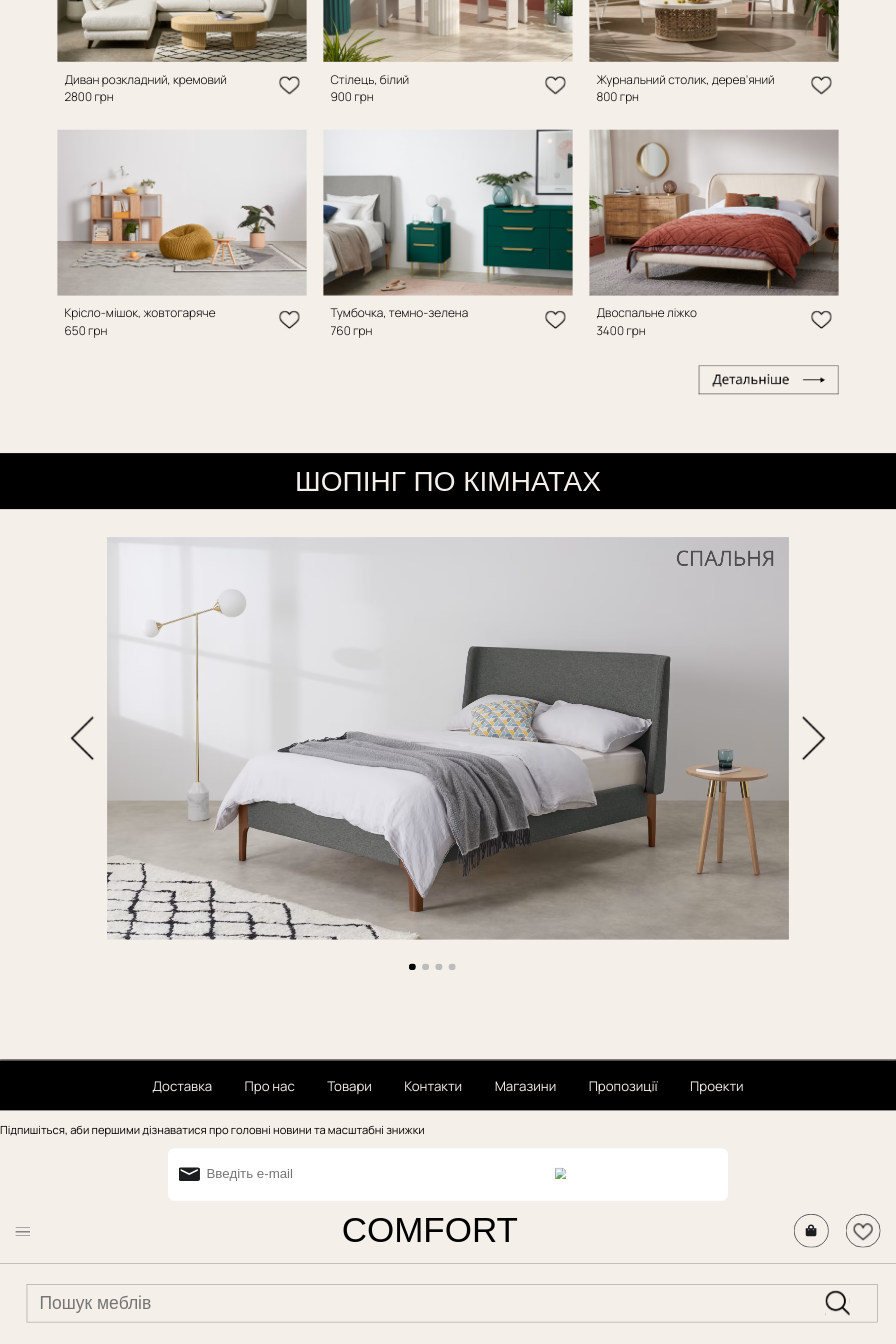
Repository: malykhinaIra/laravel
Page: http://localhost/Lend
These files come from the project's save history. The page is drawn as it stood at one moment and after the next save; the edit follows.
The browser window is 1280 px wide. The pictures show the part of the page from y = 1985 to 3905 px (the page is 3905 px tall before and 3701 px after), at 70% of full size.
Some web fonts or font styles are not loaded; a fallback is used. The page is served by the project's Laravel application, run on PHP 8.4 with Laravel 9. Other server files are loaded and not shown.

Above is the page before, as saved 2022-05-06 20:35:21.

### blog/routes/web.php
<?php

use Illuminate\Support\Facades\Route;

/*
|--------------------------------------------------------------------------
| Web Routes
|--------------------------------------------------------------------------
|
| Here is where you can register web routes for your application. These
| routes are loaded by the RouteServiceProvider within a group which
| contains the "web" middleware group. Now create something great!
|
*/

Route::get('/', 'App\Http\Controllers\MainController@forLend');

Route::get('/Lend', 'App\Http\Controllers\MainController@forLend');

Route::get('/Catalog', 'App\Http\Controllers\MainController@forCatalog');

Route::get('/Info', 'App\Http\Controllers\MainController@forInfo');

Route::get('/yourReview', 'App\Http\Controllers\MainController@review');

Route::post('/yourReview/check', 'App\Http\Controllers\MainController@check');

### blog/app/Http/Controllers/MainController.php
<?php

namespace App\Http\Controllers;

use Illuminate\Http\Request;

class MainController extends Controller {

    public function forLend() {
        return view('lend');
    }

    public function forCatalog() {
        return view('catalog');
    }

    public function forInfo() {
        return view('info');
    }

    public function review() {
        return view('yourReview');
    }

    public function check(Request $request) {
        $valid = $request->validate([
            'username' => 'required|min:5|max:50',
            'email' => 'required|min:5|max:50',
            'message' => 'required|min:15|max:500'
        ]);
        dd($request);
    }

}

### blog/resources/views/lend.blade.php
@extends('header')
<!DOCTYPE html>
<html lang="ua">

<head>
    <meta charset="UTF-8">
    <meta http-equiv="X-UA-Compatible" content="IE=edge">
    <meta name="viewport" content="width=device-width, initial-scale=1.0">
    <title>Comfort shop</title>
    <link rel="preconnect" href="https://fonts.googleapis.com">
    <link rel="preconnect" href="https://fonts.gstatic.com" crossorigin>
    <link rel="preconnect" href="https://fonts.googleapis.com">
    <link rel="preconnect" href="https://fonts.gstatic.com" crossorigin>
    <link href="https://fonts.googleapis.com/css2?family=Lexend&family=Manrope:wght@200;300;400;500;600&display=swap" rel="stylesheet">
    <link href="https://fonts.googleapis.com/css2?family=Lexend:wght@300&family=Manrope:wght@200;300;400;500;600&display=swap" rel="stylesheet">
    <link rel="preconnect" href="https://fonts.googleapis.com">
    <link rel="preconnect" href="https://fonts.gstatic.com" crossorigin>
    <link href="https://fonts.googleapis.com/css2?family=Lexend&family=Manrope:wght@200;300;400;500;600&display=swap" rel="stylesheet">
    <link rel="preconnect" href="https://fonts.googleapis.com">
    <link rel="preconnect" href="https://fonts.gstatic.com" crossorigin>
    <link href="https://fonts.googleapis.com/css2?family=Manrope:wght@200;300;400;500;600&display=swap" rel="stylesheet">
    <link rel="stylesheet" href="css\main.css">
    <link rel="stylesheet" href="css\bootstrap-grid.min.css">
    <meta name="viewport" content="width=device-width">
</head>
<body>
    <main class="main">
        <section class="main-img">
            <img src="img/main.png" width="100%">
            <div class="slogan">
                <h1>ВЛАШТУЙ ЗАТИШОК У ВЛАСНІЙ ОСЕЛІ</h1>
                <p>КУПУЙ МЕБЛІ ВИГІДНО РАЗОМ З «COMFORT»</p>
            </div>
            <a href="catalog.html" class="btn">Перейти до покупок</a>
        </section>
        <section class="benefits">
            <div class="container">
                <div class="benefits">
                    <p>ПЕРЕВАГИ</p>
                    <h1>ЧОМУ САМЕ МИ?</h1>
                </div>
                <br>
                <div class="row">
                    <div class="col">
                        <div class="benefit">
                            <img src="img/Icon.svg">
                            <div class="benefit-text">
                                <h2>Екологічність</h2>
                                <p>Ми робимо важливі кроки, щоб зменшити негативний вплив на планету. Для нас це означає
                                    відповідальну торгівлю та виробництво. </p>
                            </div>
                        </div>
                    </div>
                    <div class="col">
                        <div class="benefit">
                            <img src="img/Icon (1).svg">
                            <div class="benefit-text">
                                <h2>Повернення коштів</h2>
                                <p>Ви можете повернути товар назад у магазин і отримати свої кошти, за умови збереження
                                    чеку.
                                </p>
                            </div>
                        </div>
                    </div>
                </div>
                <div class="row">
                    <div class="row">
                        <div class="col">
                            <div class="benefit">
                                <img src="img/Icon (2).svg" class="icon">
                                <div class="benefit-text">
                                    <h2>Швидка доставка</h2>
                                    <p>Доставимо товар до ваших дверей прямо у день замовлення. </p>
                                </div>
                            </div>
                        </div>
                        <div class="col">
                            <div class="benefit">
                                <img src="img/Icon (3).svg" class="icon">
                                <div class="benefit-text">
                                    <h2>Підтримуємо нові таланти</h2>
                                    <p>Для наших дизайнерів це означає бути частиною партнерства, яке ґрунтується на
                                        їхніх
                                        інтересах.</p>
                                </div>
                            </div>
                        </div>
                    </div>
                </div>
            </div>
        </section>
        <section class="offers">
            <div class="container">
                <br><br>
                <h1>ГАРЯЧІ ПРОПОЗИЦІЇ СПЕЦІАЛЬНО ДЛЯ ВАС</h1>
                <div class="row">
                    <div class="col-4">
                        <div>
                            <div class="image">
                                <a href="#"><img src="img/image 42.png"></a>
                            </div>
                            <div class="price">
                                <div>
                                    <p>Диван розкладний, кремовий</p>
                                    <p>2800 грн</p>
                                </div>
                                <a href="#"><img src="img/image 21.svg"></a>
                            </div>
                        </div>
                    </div>
                    <div class="col-4">
                        <div>
                            <div class="image">
                                <a href="#"><img src="img/image 43.png"></a>
                            </div>
                            <div class="price">
                                <div>
                                    <p>Стілець, білий</p>
                                    <p>900 грн</p>
                                </div>
                                <a href="#"><img src="img/image 21.svg"></a>
                            </div>
                        </div>
                    </div>
                    <div class="col-4" id="third">
                        <div class="image">
                            <a href="#"><img src="img/image 44.png"></a>
                        </div>
                        <div class="price">
                            <div>
                                <p>Журнальний столик, дерев’яний</p>
                                <p>800 грн</p>
                            </div>
                            <a href="#"><img src="img/image 21.svg"></a>
                        </div>
                    </div>
                </div>
                <div class="row">
                    <div class="col-4">
                        <div class="image">
                            <a href="#"><img src="img/image 45.png"></a>
                        </div>
                        <div class="price">
                            <div>
                                <p>Крісло-мішок, жовтогаряче</p>
                                <p>650 грн</p>
                            </div>
                            <a href="#"><img src="img/image 21.svg"></a>
                        </div>
                    </div>
                    <div class="col-4">
                        <div class="image">
                            <a href="#"><img src="img/image 46.png"></a>
                        </div>
                        <div class="price">
                            <div>
                                <p>Тумбочка, темно-зелена </p>
                                <p>760 грн</p>
                            </div>
                            <a href="#"><img src="img/image 21.svg"></a>
                        </div>
                    </div>
                    <div class="col-4" id="third">
                        <div class="image">
                            <a href="#"><img src="img/image 47.png"></a>
                        </div>
                        <div class="price">
                            <div>
                                <p>Двоспальне ліжко</p>
                                <p>3400 грн</p>
                            </div>
                            <a href="#"><img src="img/image 21.svg"></a>
                        </div>
                    </div>
                </div>
                <a href="#"><img src="img/Group 60.png" class="button"></a>
            </div>
        </section>
        <br><br><br><br>
        <section class="room">
            <p class="shop">ШОПІНГ ПО КІМНАТАХ</p>
            <div class="container">
                <div class="room-shopping">
                    <a href="#">
                        <div class="arrow"><img src="img/image 29.svg"></div>
                    </a>
                    <div class="picture">
                        <a href="#"><img src="img/Group 68.png"></a>
                    </div>
                    <div class="arrow"><a href="#"> <img src="img/image 30.svg"></a></div>
                </div>
                <br>
                <img src="img/Group 3.svg" class="scroll">
            </div>
        </section>
    </main>
    <br>
    <footer id="bottom">
    <section class="form">
    @extends('form')
    </section>
    <hr>
    <section class="footer-1">
        <a href="#">Доставка</a>
        <a href="">Про нас</a>
        <a href="">Товари</a>
        <a href="#">Контакти</a>
        <a href="#">Магазини</a>
        <a href="#">Пропозиції</a>
        <a href="#">Проекти</a>
    </section>
    <br>
</footer>
</body>
</html>

### blog/resources/views/form.blade.php
<?php if (!isset($_POST["mail"])) { ?>
    <p>Підпишіться, аби першими дізнаватися про головні новини та масштабні знижки</p>
    <div class="subscribe">
        <form method="POST" style="width:800px; margin: 0; display: flex; align-items: center;">
            <div style="display: flex; align-items: center;">
                <img src="img/Shape.svg" class="message">
                    <input style="width:500px; outline: none; border: none; font-size: 25px;" type="text" name="mail" placeholder="Введіть e-mail">
            </div>
            <button type="submit" style="background: none; border: 0; padding:0;"><img src="img//Group 61.svg" class="sub-btn"></button>
        </form>
    </div>
<?php } else { ?>
    <p style="padding-top: 130px; color: #F5EFEA">Дякуємо за підписку! Перевірте свою поштову скриньку
    <?php
        echo htmlspecialchars($_POST["mail"]);
    ?>
        <a style="color: #F5EFEA; border: 0; padding:0;"><p style="font-style: italic; padding: 0px; font-size:25px;">Назад</a>
    <?php } ?>

### blog/resources/views/header.blade.php
<header class="header">
</div>
        <div class="nav-1">
            <div class="nav-toggle">
                <div class="container">
                    <a href="/Info" width="10%" onclick>
                        <img src="img/Group 65.svg" class="menu">
                    </a>
                    <div class="logo"><a href="index.html">COMFORT</a></div>
                    <div class="row">
                        <div class="col">
                            <a href="#" style="margin-right: 2.5%;"><img src="img/Group 56.svg"></a>
                        </div>
                        <div class="col">
                            <a href="#"><img src="img/Group 55.svg"></a>
                        </div>
                    </div>
                </div>
            </div>
            <hr>
            <div class="border-1">
                <input type="text" size="19" placeholder="Пошук меблів">
                <a href="#" class="search-1"><img src="img/image 22 (1).svg"></a>
            </div>
        </div>

        <section class="nav">
            <a href="/Lend" class="logo">COMFORT</a>
            <a href="/Info">Про нас</a>
            <a href="#">Доставка</a>
            <a href="#">Підтримка</a>
            <a href="/Catalog">Каталог</a>
            <div class="border">
                <input type="text" size="19" placeholder="Пошук меблів" style="margin-bottom: 6px;">
                <a href="#" class="search"><img src="img/image 22 (1).svg"></a>
            </div>
            <div class="shops">
                <a href="#" style="margin-right: 5px;"><img src="img/image 57.svg"></a>
                <a href="#">Магазини</a>
            </div>
            <div class="icons">
                <a href="#"><img src="img/Group 55.svg"></a>
                <a href="#"><img src="img/Group 56.svg"></a>
                <a href="#"><img src="img/user.svg"></a>
            </div>
        </section>
    </header>

Loaded but not shown: blog/app/Http/Controllers/Controller.php (common file); blog/public/css/bootstrap-grid.min.css (library); blog/public/img/Icon (2).svg (14 lines, source omitted); blog/public/img/Group 56.svg (4 lines, source omitted); blog/public/img/user.svg (3 lines, source omitted); blog/public/img/Icon (1).svg (10 lines, source omitted); blog/public/img/Icon (3).svg (10 lines, source omitted); blog/public/img/Icon.svg (10 lines, source omitted); blog/public/img/image 29.svg (9 lines, source omitted); blog/public/img/Group 55.svg (10 lines, source omitted); blog/public/img/image 30.svg (9 lines, source omitted); blog/public/img/image 22 (1).svg (9 lines, source omitted); blog/public/img/image 21.svg (9 lines, source omitted); blog/public/img/Shape.svg (3 lines, source omitted); blog/public/img/image 57.svg (9 lines, source omitted); blog/public/img/Group 3.svg (6 lines, source omitted); blog/public/img/Group 65.svg (5 lines, source omitted); blog/public/css/main.css (989 lines, source omitted)

After the next save:
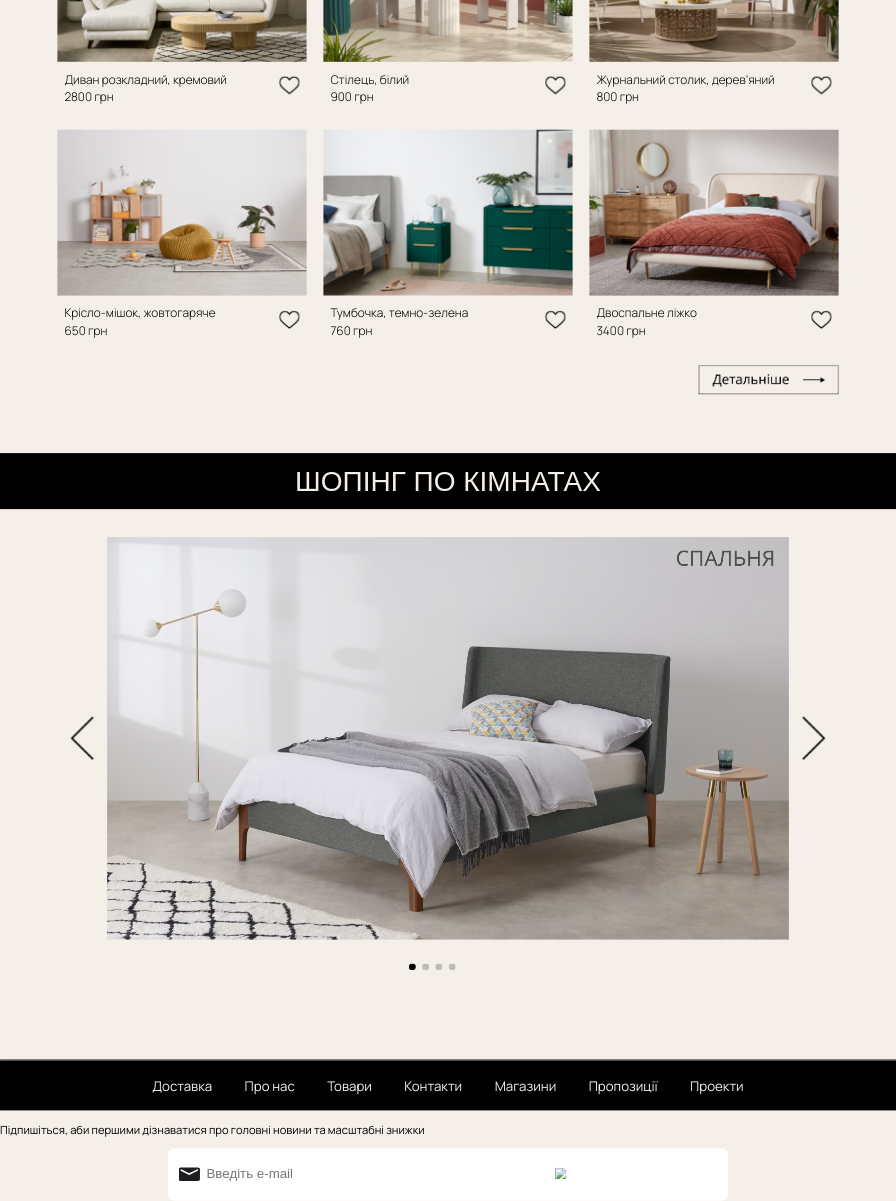
Saved 63 s later.
--- a/blog/resources/views/lend.blade.php
+++ b/blog/resources/views/lend.blade.php
@@ -1,4 +1,3 @@
-@extends('header')
 <!DOCTYPE html>
 <html lang="ua">
 
